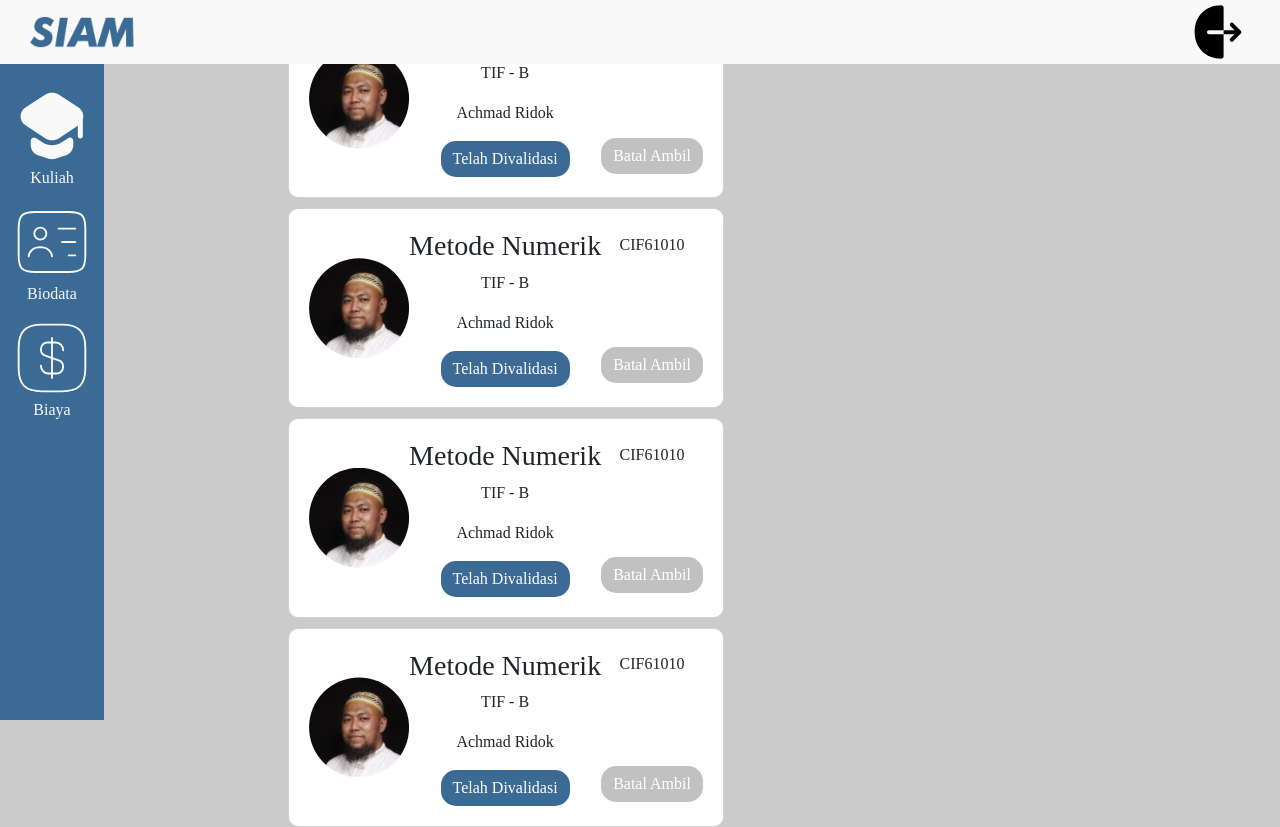
Repository: haikalirf/Project-IMK
Page: krs.html
These files come from the project's save history. The page is drawn as it stood at one moment and after the next save; the edit follows.
The browser window is 1280 px wide. The pictures show the whole page.
Some web fonts or font styles are not loaded; a fallback is used.

Above is the page before, as saved 2022-12-16 19:39:42.
Not found: scripts/.js

After the next save:
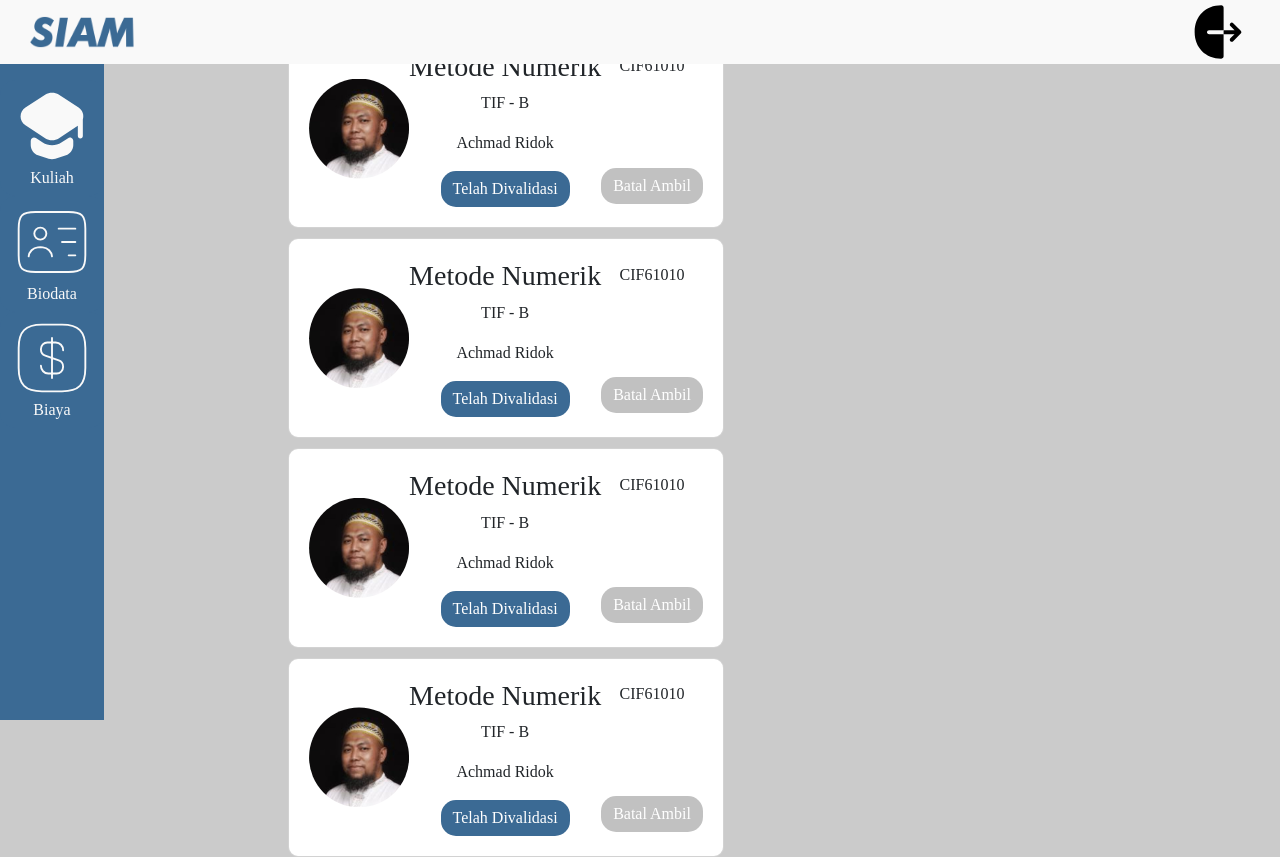
Saved 14 s later.
--- a/styles/krs.css
+++ b/styles/krs.css
@@ -68,9 +68,8 @@ body {
 
 main {
 	position: absolute;
-	left: ;
-	padding-top: 60px;
-	padding-left: 106px;
+	left: 106px;
+	top: 60px;
 	display: flex;
 	flex-direction: column;
 	justify-content: center;
